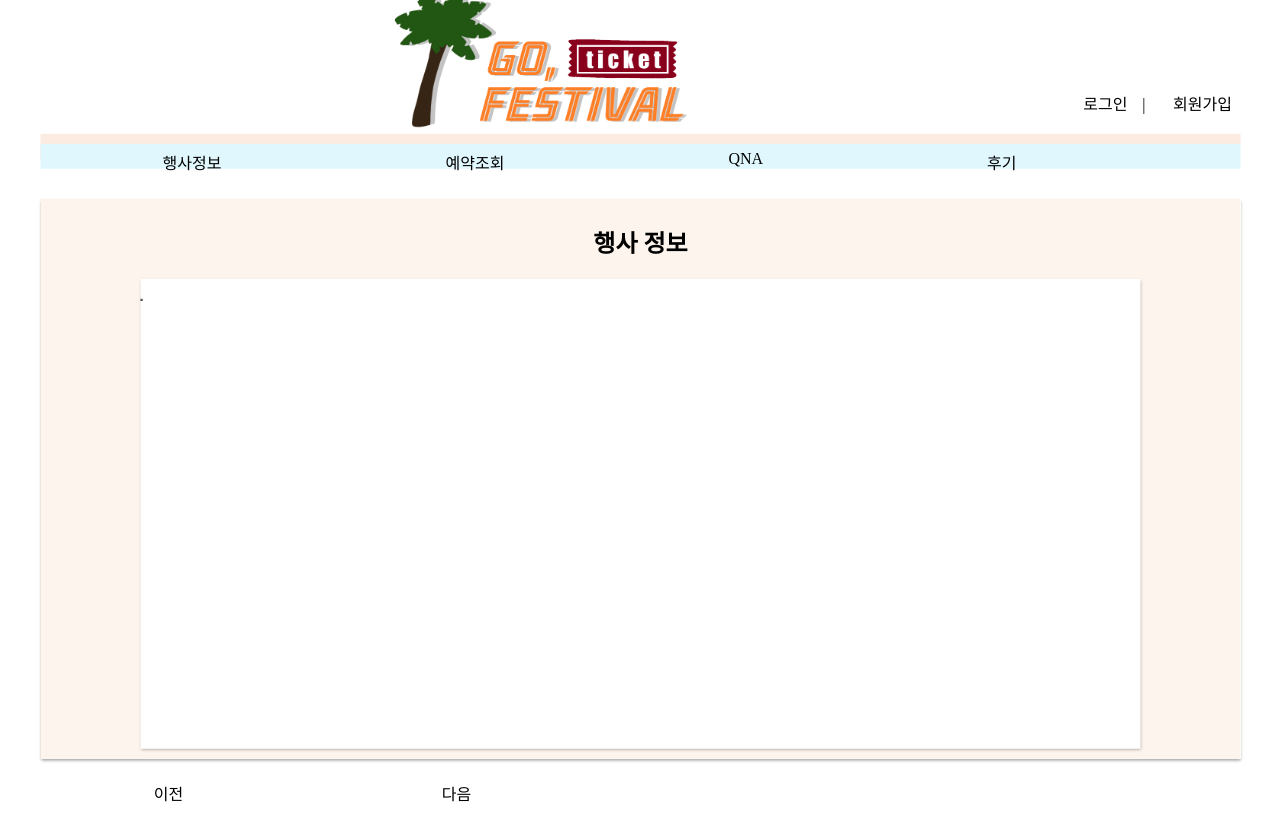
Repository: Changgyu1/Chang_Gu
Page: http://localhost/Project/home.jsp
These files come from the project's save history. The page is drawn as it stood at one moment and after the next save; the edit follows.
The browser window is 1280 px wide. The pictures show the whole page.
Some web fonts or font styles are not loaded; a fallback is used. The page is served by Tomcat 9. Queries for data that is not in the repository find no rows.

Above is the page before, as saved 2023-11-14 02:39:33.
Console error: SyntaxError: Invalid or unexpected token

After the next save:
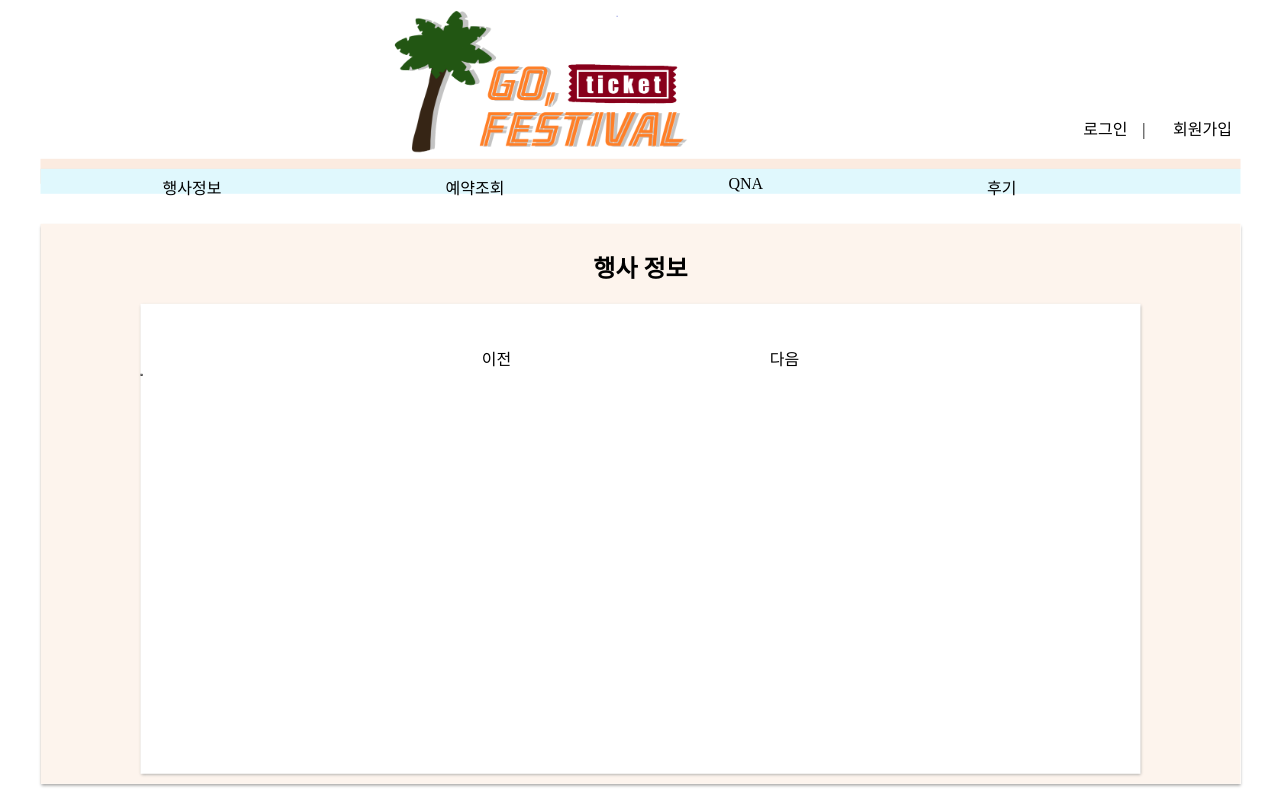
The error is gone.
Saved 60 s later.
--- a/Project/src/main/webapp/home.jsp
+++ b/Project/src/main/webapp/home.jsp
@@ -17,10 +17,6 @@
 	function loginFail() {
 		alert("로그인에 실패하였습니다.");
 		window.location.href = "login.jsp";
-	}
-
-	function pageBefore(){
-		alert('아나');
 	}
 </script>
 
@@ -100,7 +96,7 @@
 					<%
 					}
 					%>
-				</table>
+
 			</div>
 		</div>
 		<br>
@@ -116,13 +112,12 @@
 		}
 		%>
 
-		<button type="button" id="pagination-before" name="pagination-before"
+		<button id="pagination-before" name="pagination-before"
 			onclick="pageBefore()">이전</button>
 		&nbsp;&nbsp;&nbsp;&nbsp;&nbsp;&nbsp;
-
 		<button id="pagination-next" name="pagination-next"
 			onclick="pageNext()">다음</button>
-
+		</table>
 	</div>
 	<%
 	String loginError = (String) request.getAttribute("loginError");
@@ -135,15 +130,21 @@
 	}
 	%>
 	<script>
-	var count = -1;
-
+	var count = 0;
+	function pageBefore(){
+		if(count === -1){
+			alert('이동 못해~~하지마 ! ㅅ');
+		}else{
+			--count;
+			location.href="<%=request.getRequestURI()%>?page=count";
+		}
+	}
 	function pageNext(){
 		if(count === <%=totalEventList%>){
 			alert('이동 못해~~하지마 ! ㅅ');
 		}else{
 			++count;
-			location.href="<%=request.getRequestURI()%>
-		?page=count";
+			location.href="<%=request.getRequestURI()%>?page=count";
 			}
 		}
 	</script>
